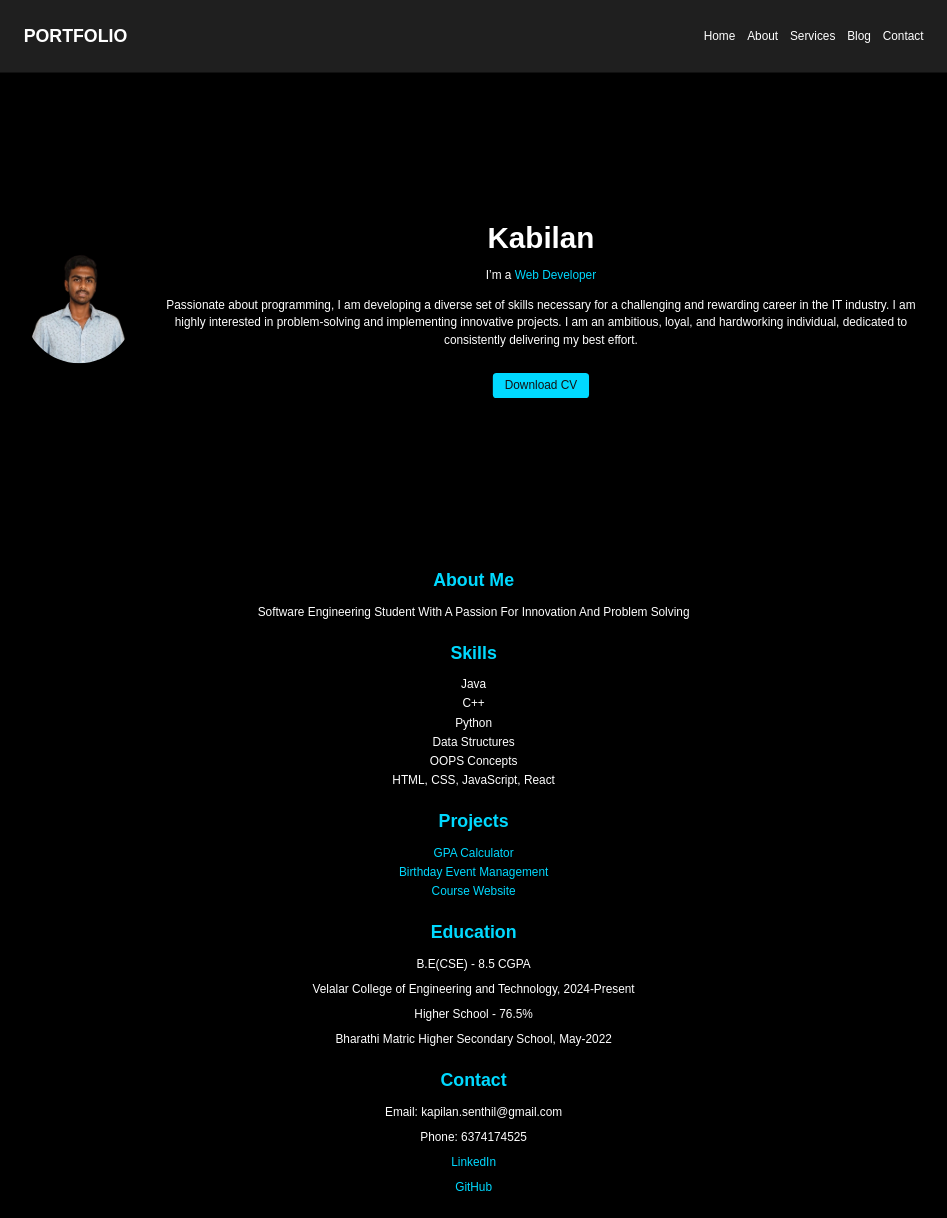
Repository: KabilanCoding/Kabilan_Portfolio
Page: /
An editor plug-in stored every save of this project. The page is shown before and after the next save, followed by the edit.
The browser window is 1280 px wide. The pictures show the whole page, at 74% of full size.
The project was rebuilt for these pictures with package versions that can differ from the ones it lists, and the page was loaded fresh each time.

Above is the page before, as saved 2024-07-23 20:13:15.

After the next save:
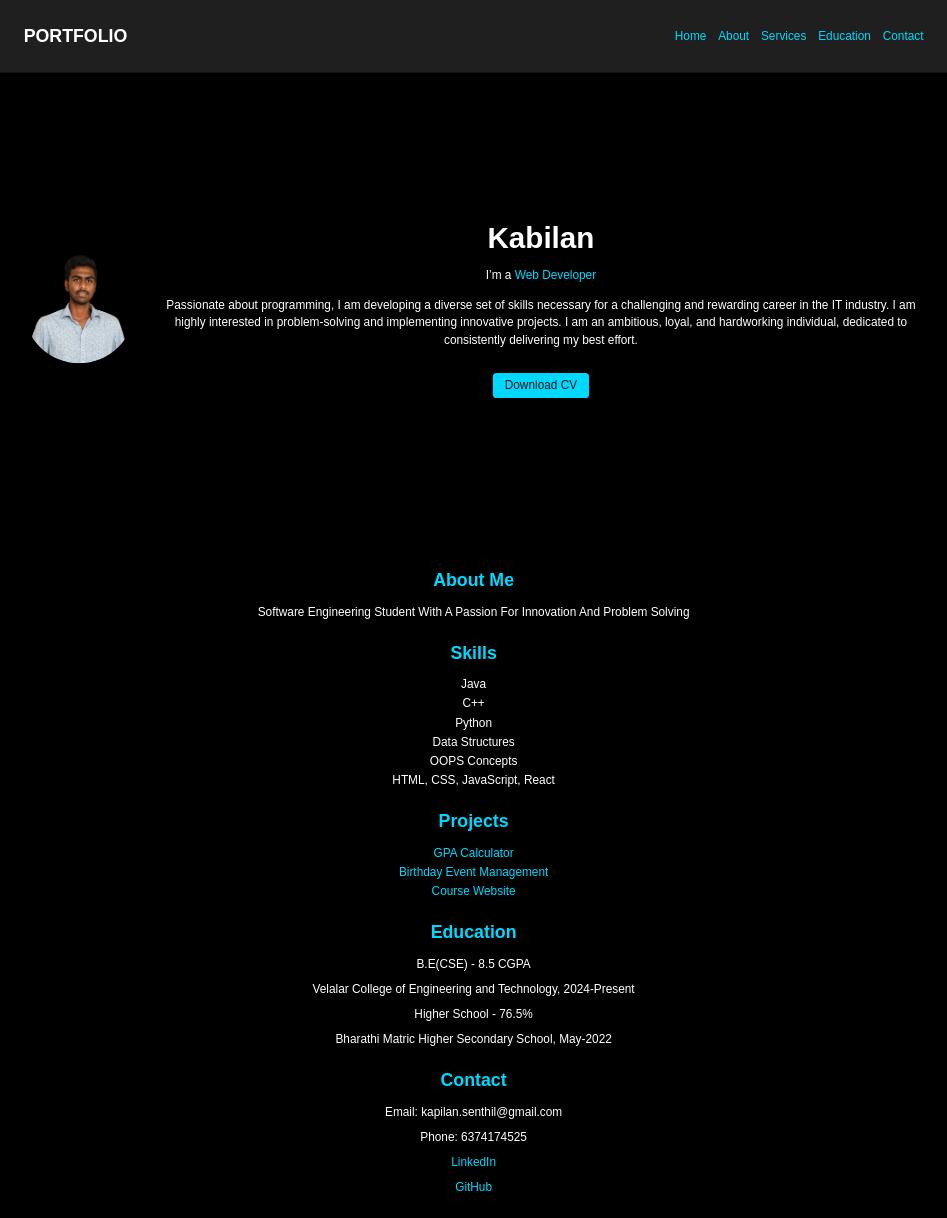
Saved 9 min 50 s later.
--- a/src/components/Home.js
+++ b/src/components/Home.js
@@ -8,11 +8,11 @@ const Home = () => {
             <nav className="navbar">
                 <div className="logo">PORTFOLIO</div>
                 <ul>
-                    <li>Home</li>
-                    <li>About</li>
-                    <li>Services</li>
-                    <li>Blog</li>
-                    <li>Contact</li>
+                    <li><a href="#home">Home</a></li>
+                    <li><a href="#about">About</a></li>
+                    <li><a href="#services">Services</a></li>
+                    <li><a href="#education">Education</a></li>
+                    <li><a href="#contact">Contact</a></li>
                 </ul>
             </nav>
             <header className="header">
